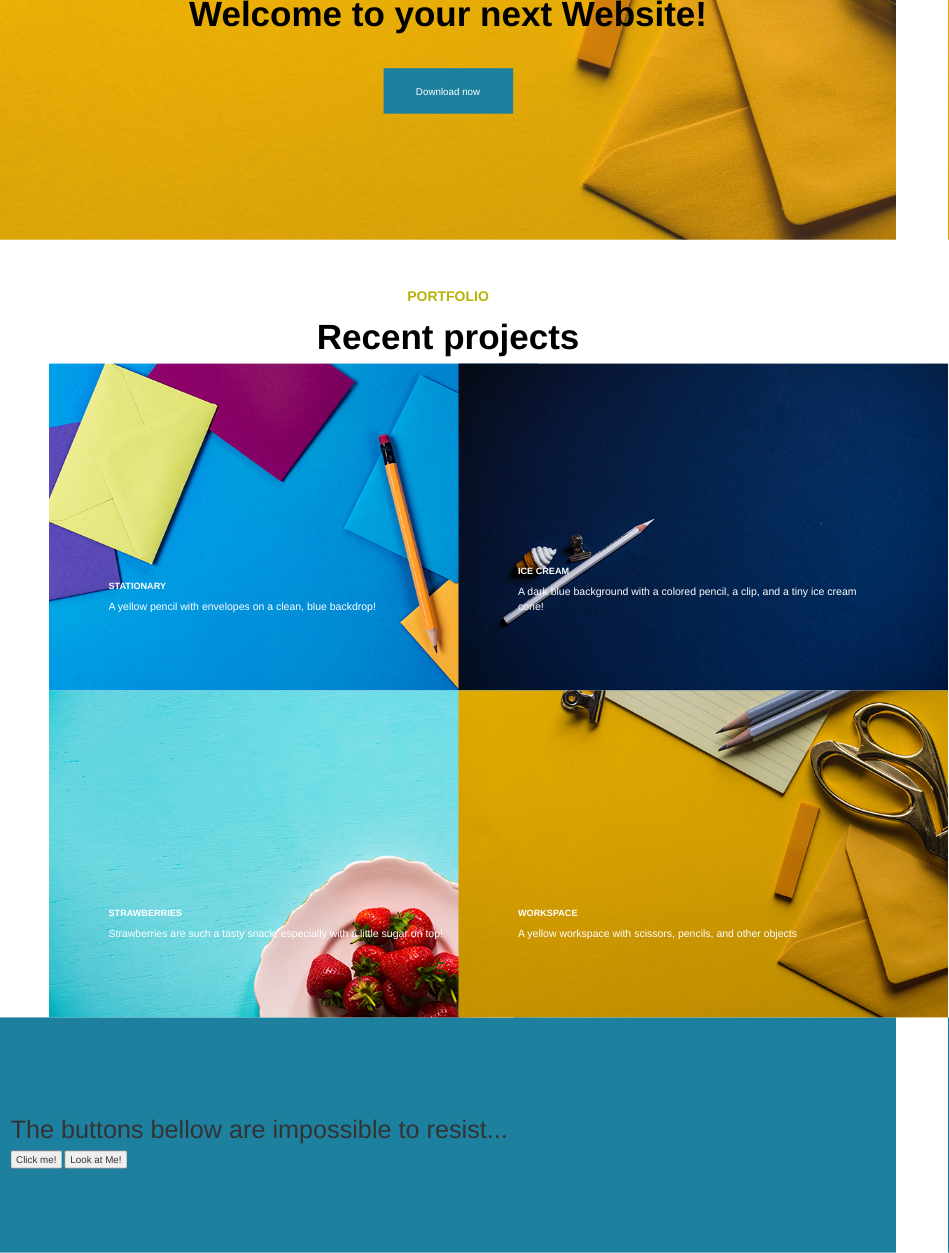
Repository: codin-full-stack/tomasz
Page: http://localhost/tomasz/portfolio/index.php
The author's editor kept a copy of each file at every save. The page is drawn from the files as they stood at one save, then again after a run of saves.
The browser window is 1280 px wide. The page is 1355 px wide, so the pictures cover 1355 px, including what lies to the right of the window. The pictures show the part of the page from y = 2088 to 3928 px (the page is 3878 px tall before and 3928 px after), at 70% of full size.
Some web libraries are served in a nearby version. The page is run by PHP 8.4 with error messages shown; the project is at /var/www/html/.

Above is the page before, as saved 2018-10-23 09:24:08.

After the next 3 saves:
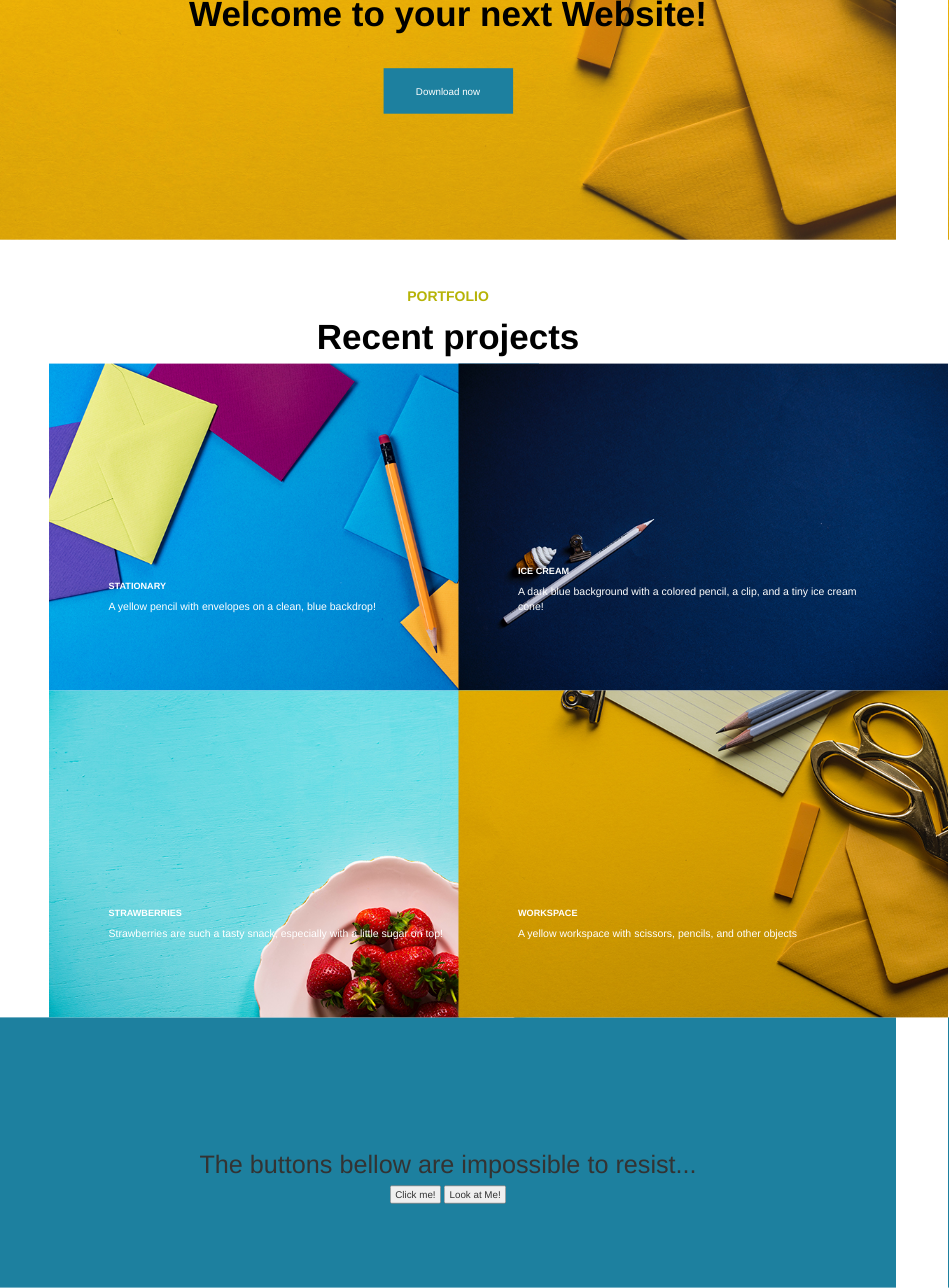
The 3 saves are shown as one change because they came seconds apart.
The last was saved 58 s later.
--- a/portfolio/styles.css
+++ b/portfolio/styles.css
@@ -66,6 +66,13 @@ body {
     margin: 0 auto;
 }
 .textbox5 {
+    padding-top: 50px;
+    align-self: center;
+    text-align: center;
+    margin: 0 auto;
+}
+
+.textbox7 {
     padding-top: 50px;
     align-self: center;
     text-align: center;
